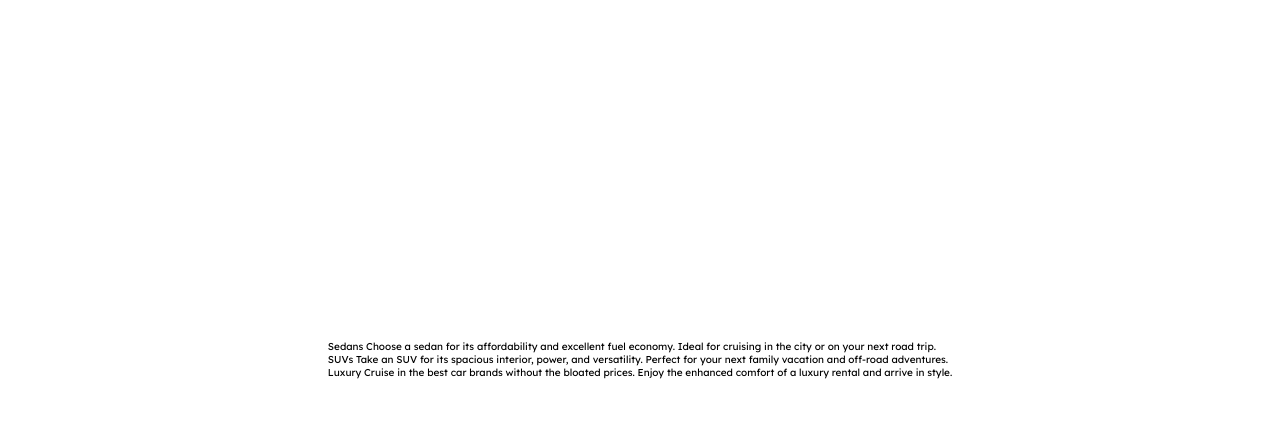
Repository: thaibaocoder1/3-column-card
Page: index.html
These files come from the project's save history. The page is drawn as it stood at one moment and after the next save; the edit follows.
The browser window is 1280 px wide. The pictures show the whole page.

Above is the page before, as saved 2023-01-11 20:42:36.

After the next save:
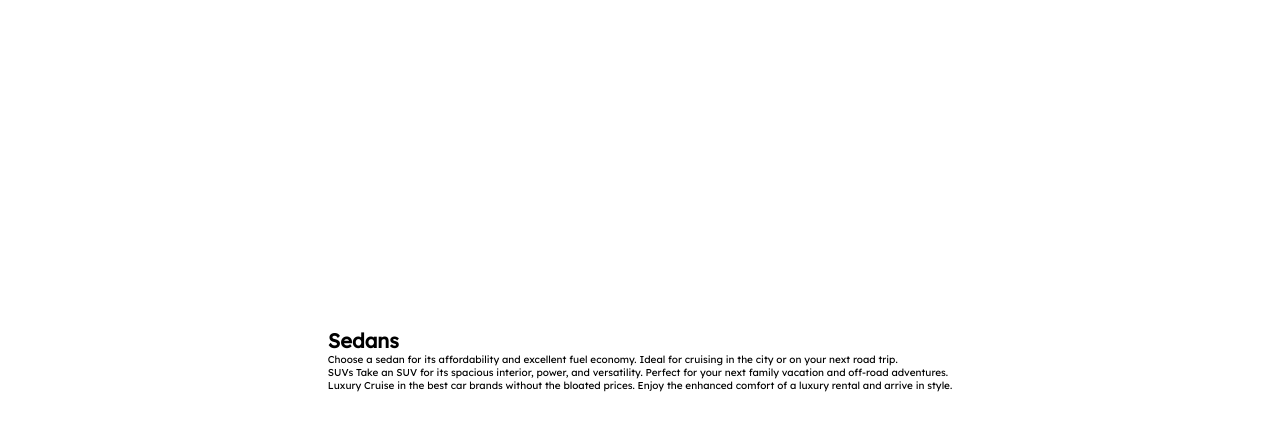
Saved 21 s later.
--- a/index.html
+++ b/index.html
@@ -14,7 +14,7 @@
 
   <main class="container">
     <div class="container__box">
-      Sedans
+      <h1 class="container__box--heading">Sedans</h1>
       Choose a sedan for its affordability and excellent fuel economy. Ideal for cruising in the city
       or on your next road trip.
     </div>
